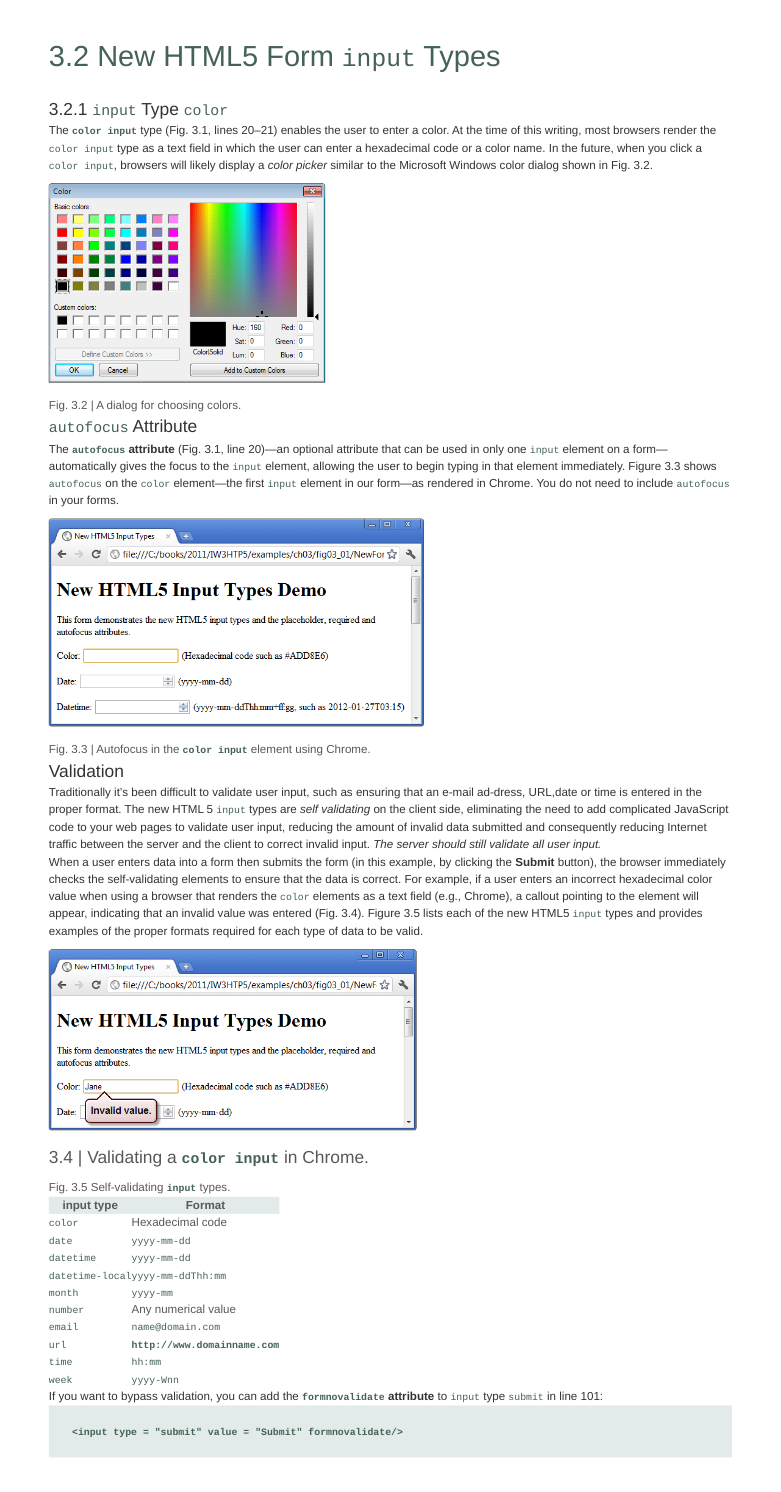
Repository: mlmEFSC21/P4-Textbook-Copy
Page: index.html
The author's editor kept a copy of each file at every save. The page is drawn from the files as they stood at one save, then again after the next save.
The browser window is 1280 px wide. The pictures show the whole page, at 61% of full size.

Above is the page before, as saved 2022-02-03 17:37:45.

### index.html
<!DOCTYPE html>
<html lang="en">
    <head>
        <meta charset="UTF-8" />
        <meta http-equiv="X-UA-Compatible" content="IE=edge" />
        <meta name="viewport" content="width=device-width, initial-scale=1.0" />
        <link rel="stylesheet" href="bookStyles.css" />
        <title>Laying Out Book Pages</title>
    </head>
    <header>
        <h1>
            3.2 New HTML5 Form <code><span class="header1">input</span></code> Types
        </h1>
    </header>
    <body>
        <section class="color-input-type">
            <header>
                <h2>3.2.1 <code>input</code> Type <code>color</code></h2>
            </header>
            <p>
                The <code><span class="code-heavy">color input</span></code> type (Fig. 3.1, lines
                20–21) enables the user to enter a color. At the time of this writing, most browsers
                render the <code>color input</code> type as a text field in which the user can enter
                a hexadecimal code or a color name. In the future, when you click a
                <code>color input</code>, browsers will likely display a
                <em>color picker</em> similar to the Microsoft Windows color dialog shown in Fig.
                3.2.
            </p>
            <figure>
                <img src="images\OperaColorInput.png" alt="Microsoft Windows color dialog" />
                <figcaption>Fig. 3.2 | A dialog for choosing colors.</figcaption>
            </figure>
        </section>
        <section class="autofocus-attribute">
            <header>
                <h2><code>autofocus</code> Attribute</h2>
            </header>
            <p>
                The <code><span class="code-heavy">autofocus</span></code>
                <strong>attribute</strong> (Fig. 3.1, line 20)—an optional attribute that can be
                used in only one <code>input</code> element on a form—automatically gives the focus
                to the <code>input</code> element, allowing the user to begin typing in that element
                immediately. Figure 3.3 shows <code>autofocus</code> on the
                <code>color</code> element—the first <code>input</code> element in our form—as
                rendered in Chrome. You do not need to include <code>autofocus</code> in your forms.
            </p>
            <figure>
                <img
                    src="images\Autofocus.png"
                    alt="web page demo of autofocus on a color input field"
                />
                <figcaption>
                    Fig. 3.3 | Autofocus in the
                    <code><span class="code-heavy">color input</span></code> element using Chrome.
                </figcaption>
            </figure>
        </section>
        <section class="input-validation">
            <header>
                <h2>Validation</h2>
            </header>
            <p>
                Traditionally it’s been difficult to validate user input, such as ensuring that an
                e-mail ad-dress, URL,date or time is entered in the proper format. The new HTML 5
                <code>input</code> types are <em>self validating</em> on the client side,
                eliminating the need to add complicated JavaScript code to your web pages to
                validate user input, reducing the amount of invalid data submitted and consequently
                reducing Internet traffic between the server and the client to correct invalid
                input. <em>The server should still validate all user input.</em>
            </p>
            <p>
                When a user enters data into a form then submits the form (in this example, by
                clicking the <strong>Submit</strong> button), the browser immediately checks the
                self-validating elements to ensure that the data is correct. For example, if a user
                enters an incorrect hexadecimal color value when using a browser that renders the
                <code>color</code> elements as a text field (e.g., Chrome), a callout pointing to
                the element will appear, indicating that an invalid value was entered (Fig. 3.4).
                Figure 3.5 lists each of the new HTML5 <code>input</code> types and provides
                examples of the proper formats required for each type of data to be valid.
            </p>
            <figure>
                <img
                    src="images\SelfValidationChrome.png"
                    alt="web page demo of validation preventing a non color input into a color input field"
                />
                <figcaption>
                    <header>
                        <h2 class="fig-cap">
                            3.4 | Validating a
                            <code><span class="code-heavy">color input</span></code> in Chrome.
                        </h1>
                    </header>
                </figcaption>
            </figure>
        </section>
        <section class="self-validating-types">
            <figure>
                <figcaption>
                    Fig. 3.5 Self-validating
                    <code><span class="code-heavy">input</span></code> types.
                </figcaption>
                <table class="validation-table">
                    <thead>
                        <th>input type</th>
                        <th>Format</th>
                    </thead>
                    <tr>
                        <td><code>color</code></td>
                        <td>Hexadecimal code</td>
                    </tr>
                    <tr>
                        <td><code>date</code></td>
                        <td><code>yyyy-mm-dd</code></td>
                    </tr>
                    <tr>
                        <td><code>datetime</code></td>
                        <td><code>yyyy-mm-dd</code></td>
                    </tr>
                    <tr>
                        <td><code>datetime-local</code></td>
                        <td><code>yyyy-mm-ddThh:mm</code></td>
                    </tr>
                    <tr>
                        <td><code>month</code></td>
                        <td><code>yyyy-mm</code></td>
                    </tr>
                    <tr>
                        <td><code>number</code></td>
                        <td>Any numerical value</td>
                    </tr>
                    <tr>
                        <td><code>email</code></td>
                        <td><code>name@domain.com</code></td>
                    </tr>
                    <tr>
                        <td><code>url</code></td>
                        <td>
                            <a href="http://www.domainname.com"
                                ><code>http://www.domainname.com</code></a
                            >
                        </td>
                    </tr>
                    <tr>
                        <td><code>time</code></td>
                        <td><code>hh:mm</code></td>
                    </tr>
                    <tr>
                        <td><code>week</code></td>
                        <td><code>yyyy-Wnn</code></td>
                    </tr>
                </table>
            </figure>
            <aside>
                <p>
                    If you want to bypass validation, you can add the
                    <code><span class="code-heavy">formnovalidate</span></code>
                    <strong>attribute</strong> to <code>input</code> type <code>submit</code> in
                    line 101:
                </p>
                <div class="form-no-val">
                    <span class="code-heavy"
                        ><code
                            >&lt;input type = "submit" value = "Submit" formnovalidate/&gt;</code
                        ></span
                    >
                </div>
            </aside>
        </section>
    </body>
</html>

### bookStyles.css
:root {
    --clr-prime: #;
    --clr-font-prime: #333;
    --clr-font-code: #446256;
    --clr-font-links: #275b8a;
    --clr-font-fig-figcap: #585858;
    --clr-background: white;
    --clr-background-accent: rgba(70, 114, 115, 0.15);
}
*,
*::before,
*::after {
    margin: 0;
    padding: 0;
    box-sizing: border-box;
}
html {
    font-size: 19px;
    font-family: sans-serif;
}
body {
    font-family: "Helvetica Neue", Helvetica, Arial, "Lucida Grande", sans-serif;
    margin: 57px 0;
    padding: 0 80px;
    padding: auto;
    line-height: 1.5;
    background-color: var(--clr-background);
    color: var(--clr-font-prime);
}
h1 {
    font-size: 2.5em;
    margin-top: 1.15em;
    margin-bottom: 0.6em;
    font-style: normal;
    font-weight: 300;
    line-height: 1.5;
}
h2 {
    font-weight: 400;
}
h1,
code {
    color: var(--clr-font-code);
}
figure,
figcaption {
    margin-top: 0.75em;
    color: #585858;
    font-weight: 300;
}
code {
    font-family: Courier, "Courier New", monospace;
    font-size: 0.85em;
}
.code-heavy {
    font-weight: 900;
}
table {
    border-collapse: collapse;
}
div {
    padding: 1.5em 0 1.5em 2em;
}
th,
div {
    background-color: var(--clr-background-accent);
}
a {
    color: var(--clr-font-links);
    text-decoration: none;
    font-weight: 700;
    cursor: pointer;
}

After the next save:
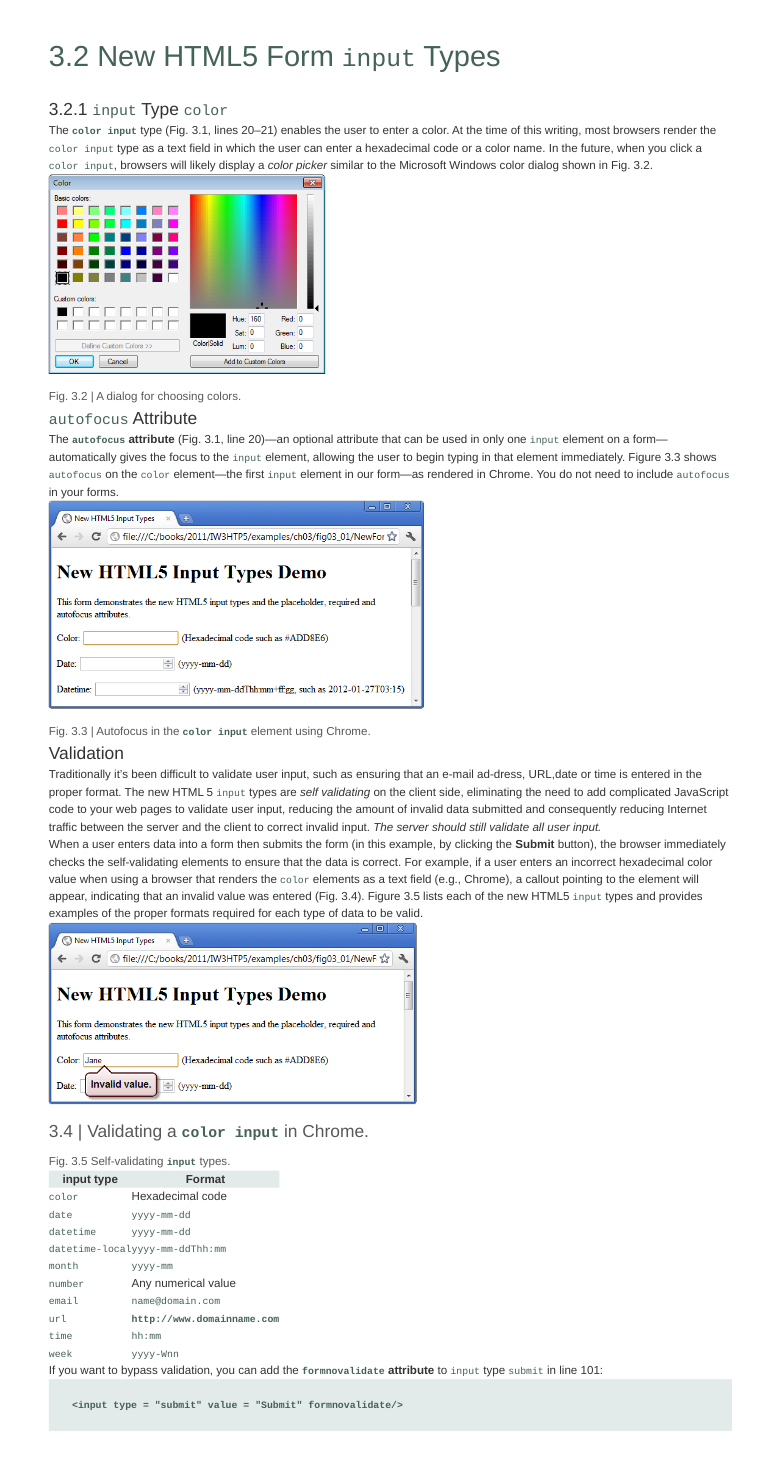
Saved 118 s later.
--- a/bookStyles.css
+++ b/bookStyles.css
@@ -42,8 +42,7 @@ h1,
 code {
     color: var(--clr-font-code);
 }
-figure,
-figcaption {
+figure figcaption {
     margin-top: 0.75em;
     color: #585858;
     font-weight: 300;
